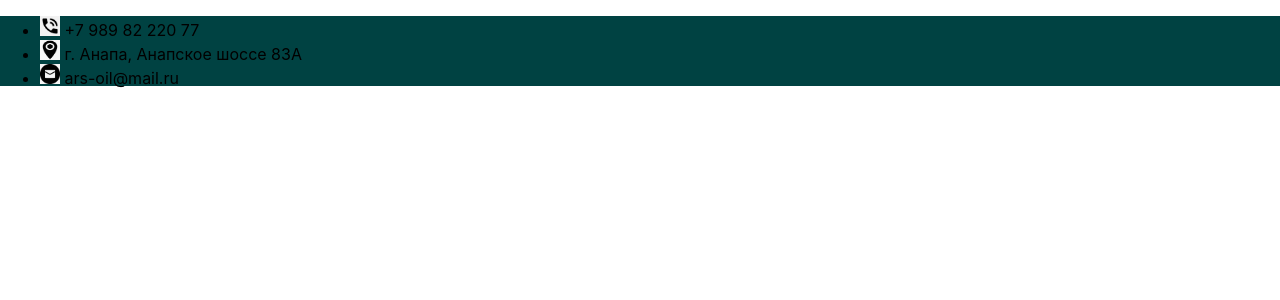
Repository: Vahe4836/new-project--Vahe
Page: /
These files come from the project's save history. The page is drawn as it stood at one moment and after a run of saves; the edit follows.
The browser window is 1280 px wide. The pictures show the whole page.
The project was rebuilt for these pictures with package versions that can differ from the ones it lists, and the page was loaded fresh each time. Also part of the build but not shown: src/App.css.

Above is the page before, as saved 2022-02-25 14:03:00.

### public/index.html
<!DOCTYPE html>
<html lang="en">
  <head>
    <meta charset="utf-8" />
    <link rel="icon" href="%PUBLIC_URL%/favicon.ico" />
    <meta name="viewport" content="width=device-width, initial-scale=1" />
    <meta name="theme-color" content="#000000" />
    <meta
      name="description"
      content="Web site created using create-react-app"
    />
    <link rel="apple-touch-icon" href="%PUBLIC_URL%/logo192.png" />
    <!--
      manifest.json provides metadata used when your web app is installed on a
      user's mobile device or desktop. See https://developers.google.com/web/fundamentals/web-app-manifest/
    -->
    <link rel="manifest" href="%PUBLIC_URL%/manifest.json" />
    <!--
      Notice the use of %PUBLIC_URL% in the tags above.
      It will be replaced with the URL of the `public` folder during the build.
      Only files inside the `public` folder can be referenced from the HTML.

      Unlike "/favicon.ico" or "favicon.ico", "%PUBLIC_URL%/favicon.ico" will
      work correctly both with client-side routing and a non-root public URL.
      Learn how to configure a non-root public URL by running `npm run build`.
    -->
    <title>Золотая колесница</title>
  </head>
  <body>
    <noscript>You need to enable JavaScript to run this app.</noscript>
    <div id="root"></div>
    <!--
      This HTML file is a template.
      If you open it directly in the browser, you will see an empty page.

      You can add webfonts, meta tags, or analytics to this file.
      The build step will place the bundled scripts into the <body> tag.

      To begin the development, run `npm start` or `yarn start`.
      To create a production bundle, use `npm run build` or `yarn build`.
    -->
  </body>
</html>

### src/App.js
import React from 'react';
import './App.css';
import Header from './Layouts/Header/Header';

function App() {
  return (
    <Header />
  )

}

export default App;

### src/Layouts/Header/Header.jsx
import React from "react";
import style from "./Header.module.scss";
import geo from "../../Images/Geo.png";
import mail from "../../Images/mail.jpg";
import tel from "../../Images/Tel.png";

export default function Header() {
  return (
    <div className={style.adressbox}>
      <ul>
        <li>
          {" "}
          <img src={tel} width ={20} height = {20} alt="" /> +7 989 82 220 77{" "}
        </li>
        <li>
          {" "}
          <img src={geo} width ={20} height = {20} alt="" /> г. Анапа, Анапское шоссе 83А{" "}
        </li>
        <li>
          {" "}
          <img src={mail} width ={20} height = {20} alt="" /> ars-oil@mail.ru{" "}
        </li>
      </ul>
    </div>
  );
}

### src/Layouts/Header/Header.module.scss
.adressbox{
    width: 100%;
    height: 70px;
    background-color: #004242;
}

Loaded but not shown: src/index.js (common file); src/index.css (common file); src/reportWebVitals.js (common file)

After the next 4 saves:
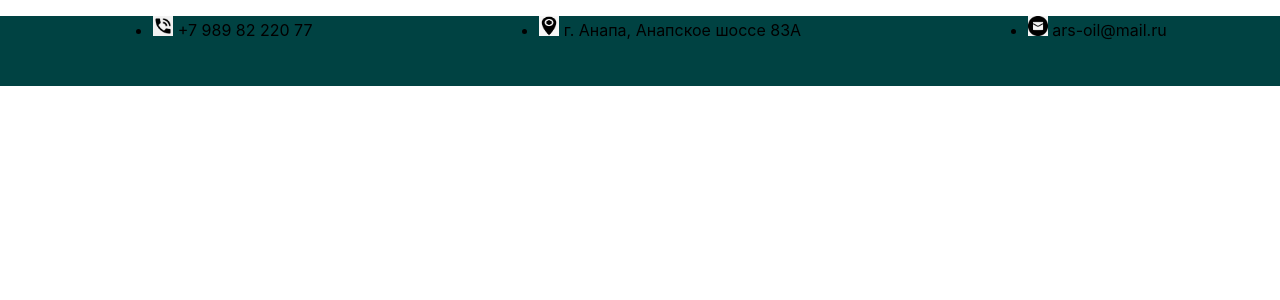
The 4 saves are shown as one change because 2 did not build or start and some came seconds apart.
The last was saved 30 s later.
--- a/src/Layouts/Header/Header.module.scss
+++ b/src/Layouts/Header/Header.module.scss
@@ -2,4 +2,9 @@
     width: 100%;
     height: 70px;
     background-color: #004242;
+
+    >ul{
+        display: flex;
+        justify-content: space-around;
+    }
 }
